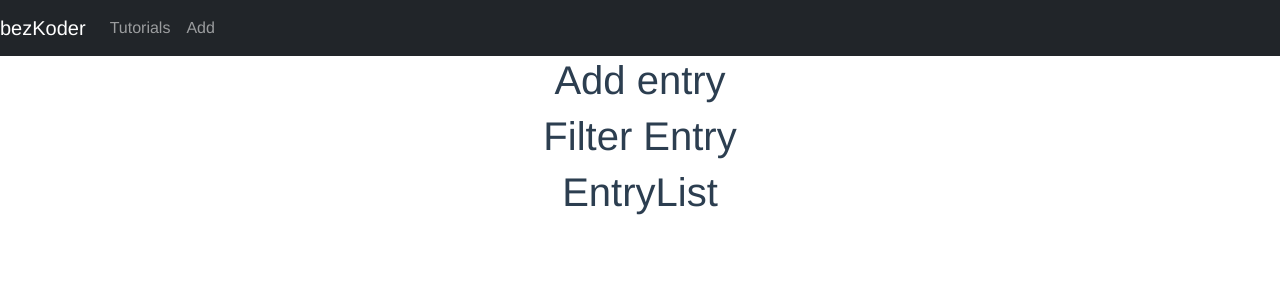
Repository: Madaless/vue_elastic
Page: / (app in vuejsapp/crudapp/)
An editor plug-in stored every save of this project. The page is shown before and after the next save, followed by the edit.
The browser window is 1280 px wide. The pictures show the whole page.
The page's requests for data from a server got no answer. The project was rebuilt for these pictures with package versions that can differ from the ones it lists, and the page was loaded fresh each time. No one was signed in, and anything a server would have sent is missing.

Above is the page before, as saved 2021-09-09 15:05:34.

After the next save:
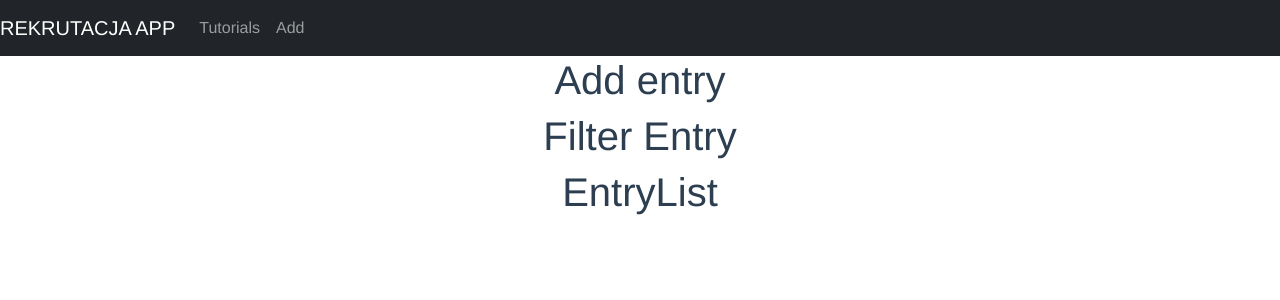
Saved 97 s later.
--- a/vuejsapp/crudapp/src/App.vue
+++ b/vuejsapp/crudapp/src/App.vue
@@ -1,7 +1,7 @@
 <template>
   <div id="app">
      <nav class="navbar navbar-expand navbar-dark bg-dark">
-      <router-link to="/" class="navbar-brand">bezKoder</router-link>
+      <router-link to="/" class="navbar-brand">REKRUTACJA APP</router-link>
       <div class="navbar-nav mr-auto">
         <li class="nav-item">
           <router-link to="/tutorials" class="nav-link">Tutorials</router-link>
